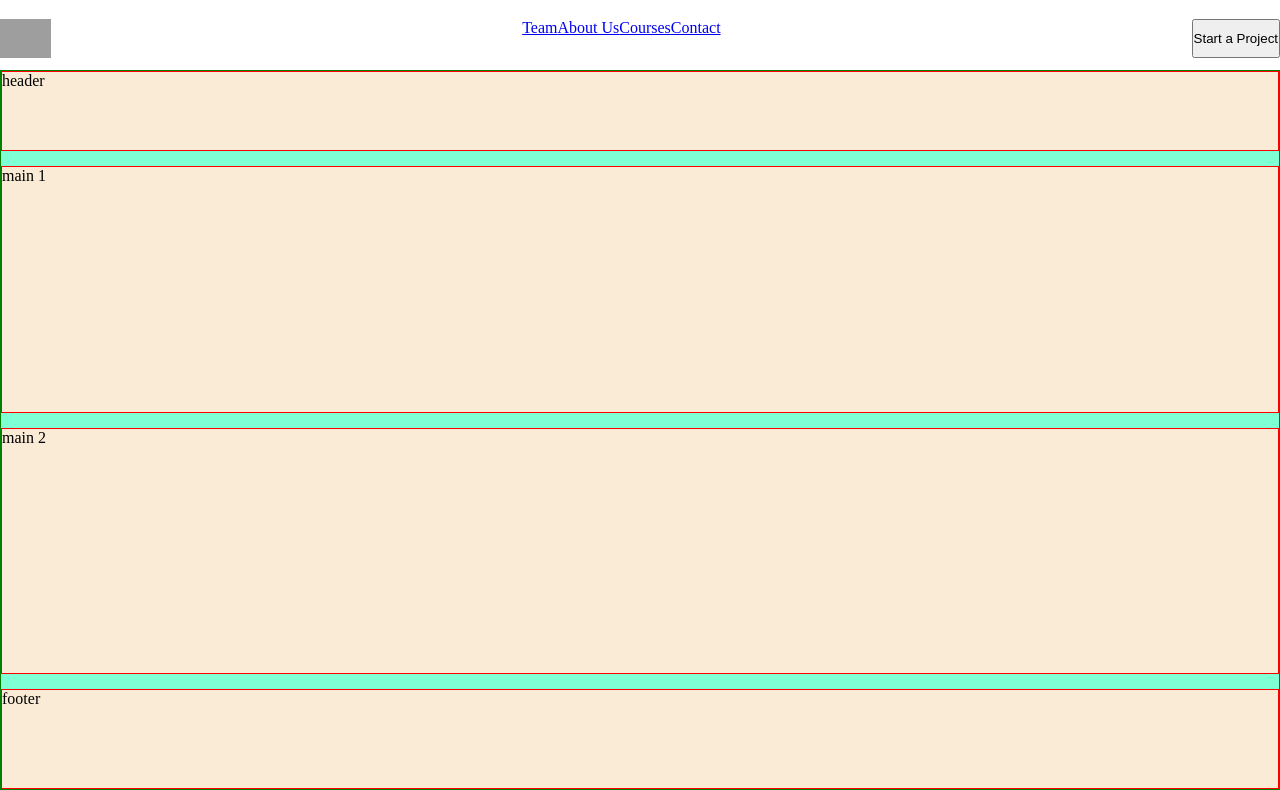
Repository: PraffulPatel27/Codehelp-Mini-Clone
Page: index.html
An editor plug-in stored every save of this project. The page is shown before and after the next save, followed by the edit.
The browser window is 1280 px wide. The pictures show the whole page.
Pictures or frames that could not be fetched are drawn as grey boxes.

Above is the page before, as saved 2024-02-24 19:55:37.

### index.html
<!DOCTYPE html>
<html lang="en">
<head>
    <meta charset="UTF-8">
    <meta name="viewport" content="width=device-width, initial-scale=1.0">
    <title>Codehelp Website Clone</title>
    <link rel="stylesheet" href="style.css">
    <link rel="icon" href="assets/logo.png" type="image/x-icon">
</head>
<body>

    <div class="wrapper">

        <nav>
            <div class="nav-container">
                <img src="assets/logo.png" alt="logo" class="logo">

                <ul class="nav-links">
                    <li><a href="#">Team</a></li>
                    <li><a href="#">About Us</a></li>
                    <li><a href="#">Courses</a></li>
                    <li><a href="#">Contact</a></li>
                </ul>

                <button class="start-btn">Start a Project</button>
            </div>
        </nav>

        <div class="container">

            <div class="box" id="header">header</div>
            <div class="box" id="main-content1">main 1</div>
            <div class="box" id="main-content2">main 2</div>
            <div class="box" id="footer">footer</div>
        </div>

    </div>
</body>
</html>

### style.css
* {
    margin: 0;
    padding: 0;
    box-sizing: border-box;
}

.wrapper {
    padding-left: ;
}

.nav-container {
    display: flex;
    justify-content: space-between;
    padding-top: 1.5%;
    padding-bottom: 1%;
}

.nav-container img {
    width: 4%;
}

.nav-links {
    display: flex;
    justify-content: space-between;
    list-style-type: none;
}

.container {
    height: 100vh;
    background-color: aquamarine;
    border: 1px solid green;
    display: grid;

    grid-template-rows: 80px 1fr 1fr 100px;
    grid-template-columns: 1fr;
    grid-gap: 15px;

    grid-template-areas:
    "hd"
    "main1"
    "main2"
    "ft";
}

.box {
    border: 1px solid red;
    background-color: antiquewhite;

}

#header {
    grid-area: hd;
}

#main-content1 {
    grid-row: main1
}

#main-content2 {
    grid-row: main2
}

#footer {
    grid-area: ft;
}

After the next save:
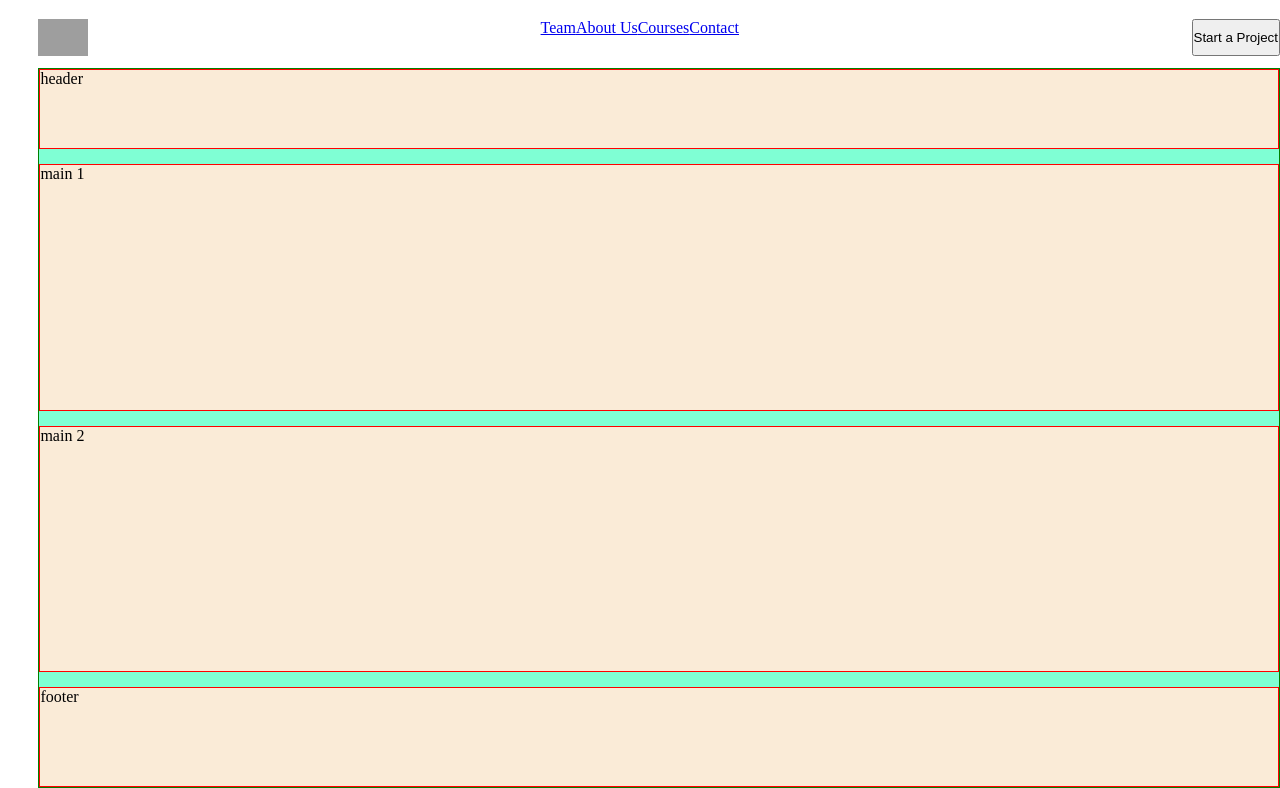
Saved 5 s later.
--- a/style.css
+++ b/style.css
@@ -5,7 +5,7 @@
 }
 
 .wrapper {
-    padding-left: ;
+    padding-left: 3%;
 }
 
 .nav-container {
